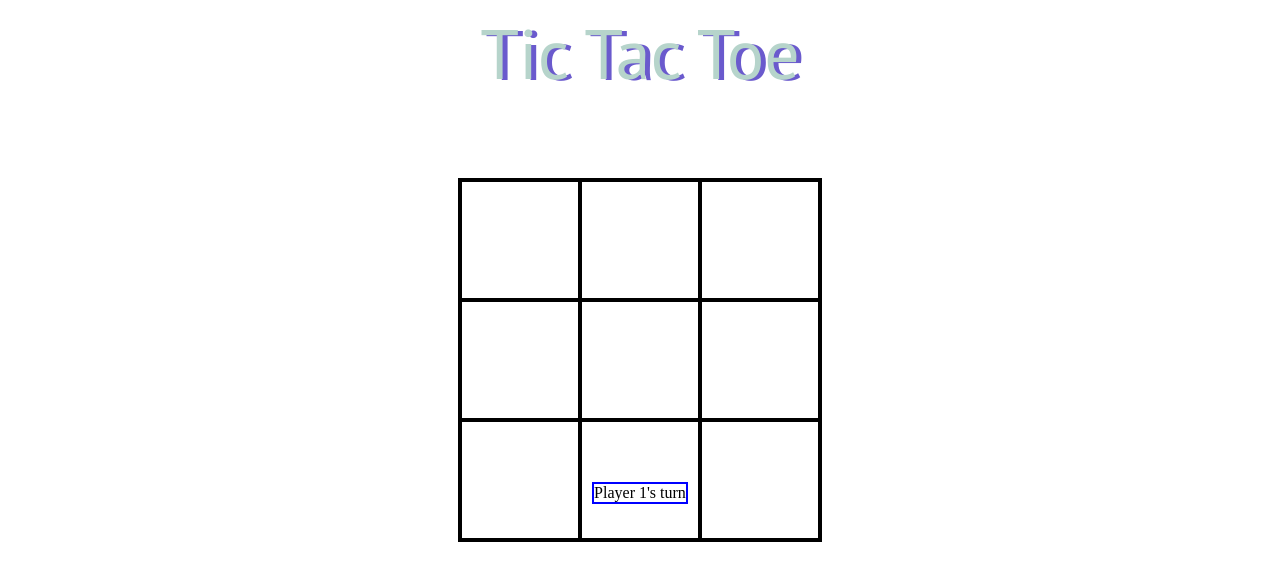
Repository: chin9/TicTacToe
Page: index.html
These files come from the project's save history. The page is drawn as it stood at one moment and after the next save; the edit follows.
The browser window is 1280 px wide. The pictures show the whole page.

Above is the page before, as saved 2021-05-15 20:58:25.

### index.html
<head>
    <link rel='stylesheet' href='style.css'>
</head>

<title> TicTacToe</title>

<header>Tic Tac Toe</header>


<body>
    <div class='board'>

        <div class='grid' id='0'>

        </div>

        <div class='grid' id='1'>

        </div>

        <div class='grid' id='2'>

        </div>

        <div class='grid' id='3'>

        </div>

        <div class='grid' id='4'>

        </div>

        <div class='grid' id='5'>

        </div>

        <div class='grid' id='6'>

        </div>

        <div class='grid' id='7'>

        </div>

        <div class='grid' id='8'>

        </div>

    </div>

    <div class='status' id='status'>
        Player 1's turn
    </div>
</body>

<script src='script.js'></script>

### style.css
@import url('https://fonts.googleapis.com/css2?family=PT+Sans&display=swap');


header{
    font-family: 'PT Sans', sans-serif;
    font-size: 70px;
    color: rgb(182, 212, 203);
    text-shadow: 5px 1px slateblue;
    text-align: center;
}

body{
    display: flex;
    flex-direction: column;
    align-items: center;

}

.board{
    height: 50vh;
    width: 50vh;

    position: relative;
    top: 80px;

    display: grid;
    grid-template-columns: 1fr 1fr 1fr;
    grid-template-rows: 1fr 1fr 1fr;

    border: 2px black solid;
}

.grid{
    border: 2px black solid;

    font-size: 50px;
    text-align: center;
    padding-top: 30px;
}

.status{
    position: relative;
    top: 20px;

    border: 2px blue solid;
}

### script.js


const gameboard = (() => {

    // 0: blank; 'O': circle; 'X': cross
    var grids = [0, 0, 0,
                 0, 0, 0,
                 0, 0, 0];

    function renderBoard() {

        for (let i = 0; i < 9; i++) {
            const grid = document.getElementById(`${i}`);
            if (grids[i] == 'O') {
                grid.textContent = 'O';
            } else if (grids[i] == 'X') {
                grid.textContent = 'X';
            } else {
                grid.textContent = '';
            }

        }

    };


    return {renderBoard};


})();


gameboard.renderBoard();

const player = (sign) => {

}

const player1 = player('O');
const player2 = player('X');

After the next save:
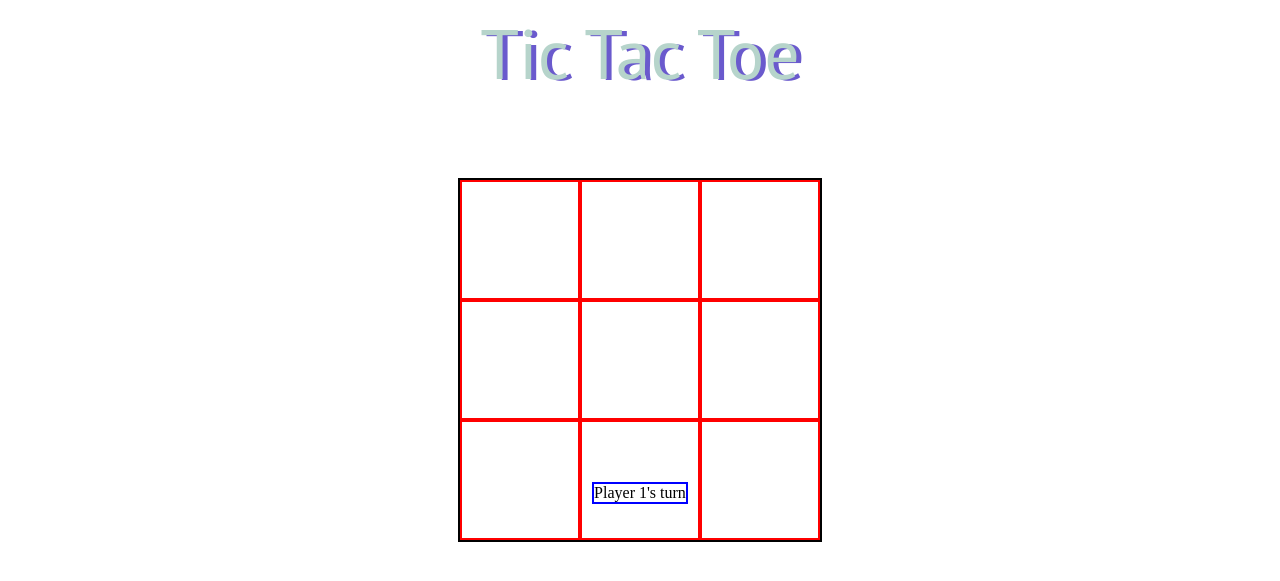
Saved 18 s later.
--- a/style.css
+++ b/style.css
@@ -36,6 +36,8 @@
     font-size: 50px;
     text-align: center;
     padding-top: 30px;
+
+    border: 2px red solid;
 }
 
 .status{

After the save that followed:
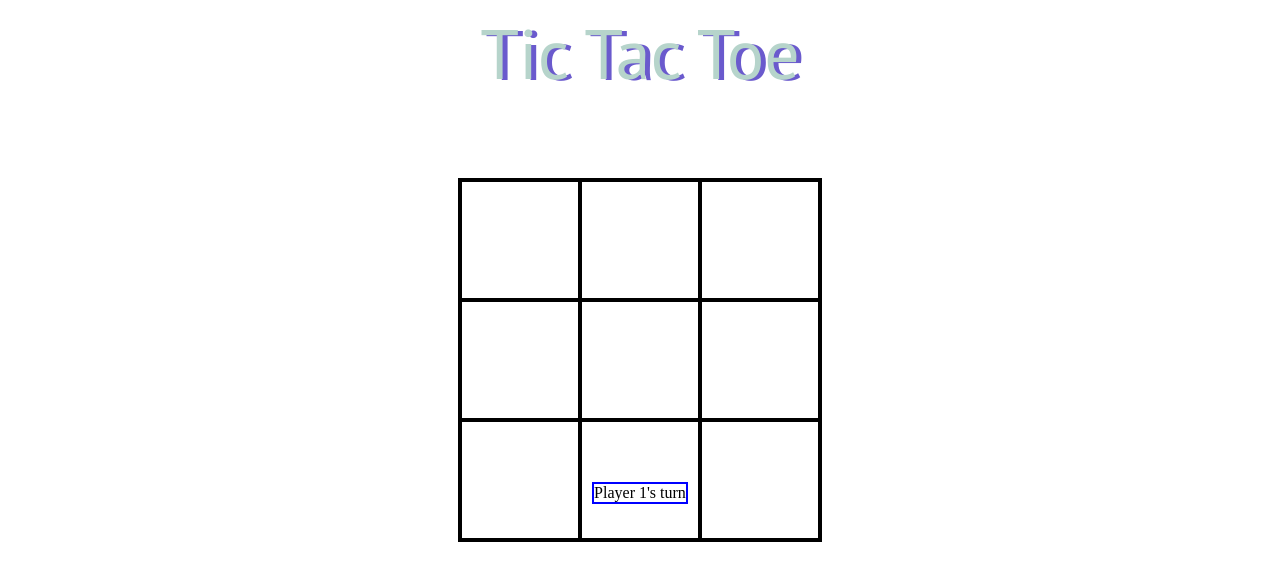
Saved 15 s later.
--- a/style.css
+++ b/style.css
@@ -37,7 +37,7 @@
     text-align: center;
     padding-top: 30px;
 
-    border: 2px red solid;
+
 }
 
 .status{
